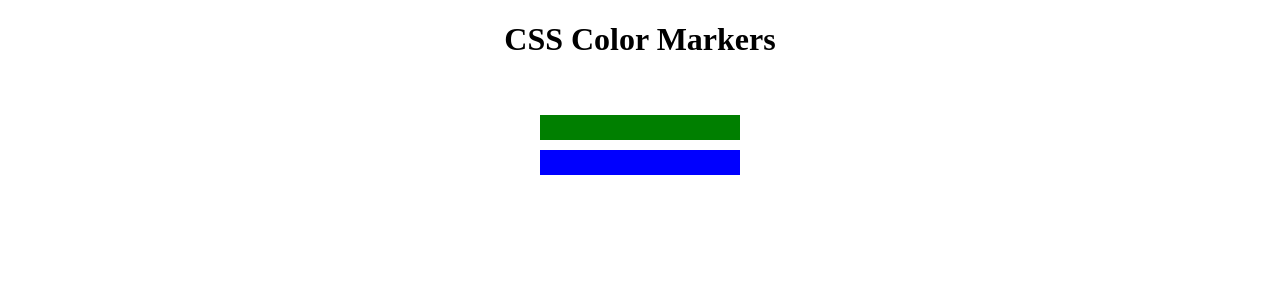
Repository: AimenDje/ColoredMarkers
Page: index.html
These files come from the project's save history. The page is drawn as it stood at one moment and after the next save; the edit follows.
The browser window is 1280 px wide. The pictures show the whole page.

Above is the page before, as saved 2025-05-09 01:22:22.

After the next save:
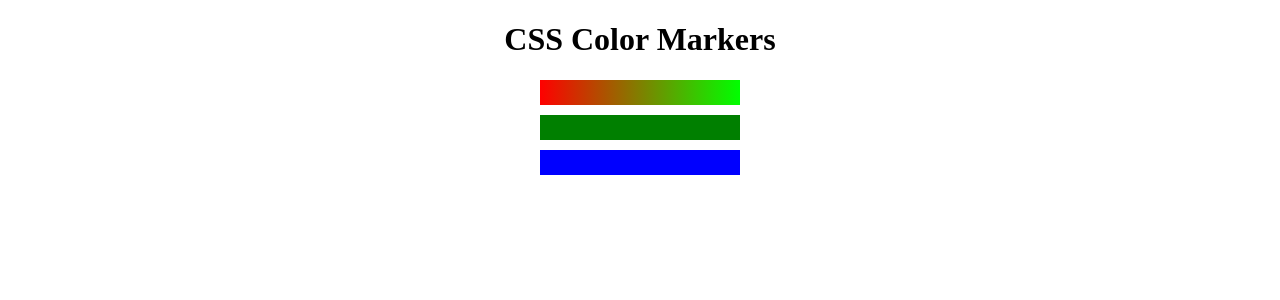
Saved 106 s later.
--- a/styles.css
+++ b/styles.css
@@ -9,7 +9,7 @@
   }
 
 .red {
-  background: linear-gradient(90deg, rgb(255,0,0));
+  background: linear-gradient(90deg, rgb(255, 0, 0), rgb(0,255,0));
 }
 
 .green {
